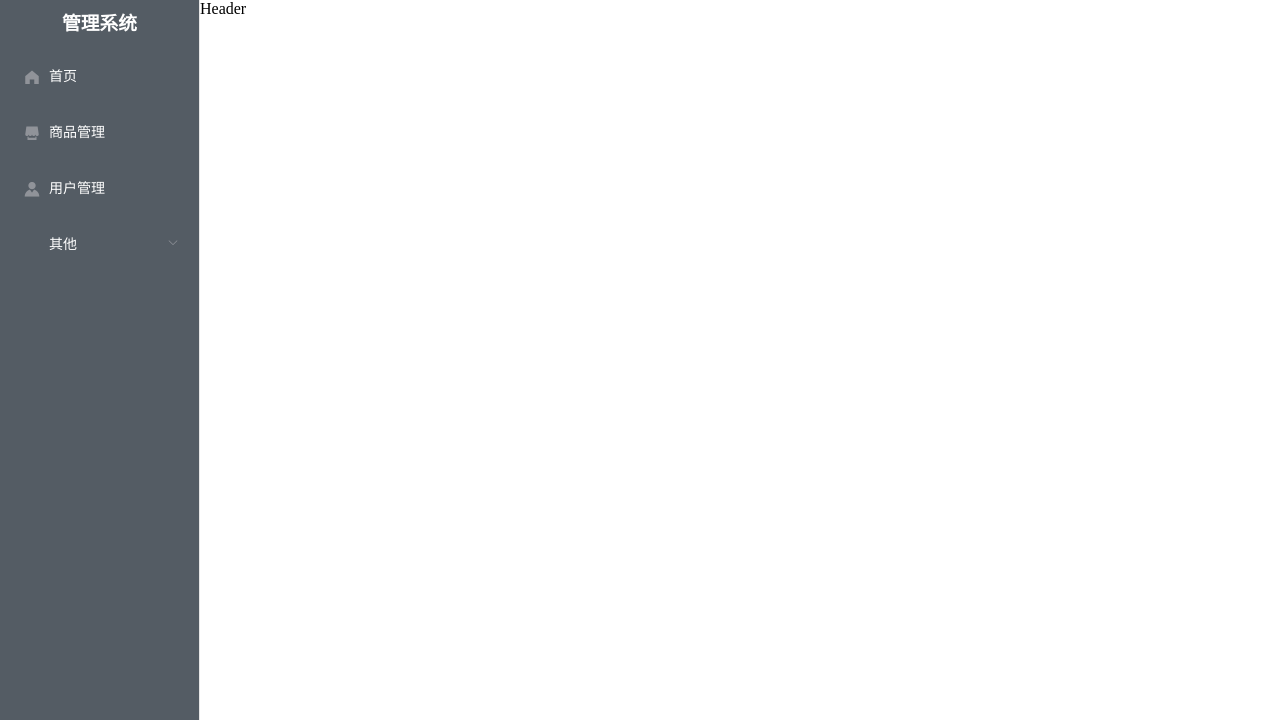
Repository: tkqi/manage
Page: /
The author's editor kept a copy of each file at every save. The page is drawn from the files as they stood at one save, then again after a run of saves.
The browser window is 1280 px wide. The pictures show the whole page.
The project was rebuilt for these pictures with package versions that can differ from the ones it lists, and the page was loaded fresh each time. Also part of the build but not shown: vue.config.js.

Above is the page before, as saved 2023-12-01 14:26:52.

### src/main.js
import Vue from 'vue'
import App from './App.vue'
import router from './router'
import store from './store'
import ElementUI from 'element-ui';
import 'element-ui/lib/theme-chalk/index.css';

Vue.config.productionTip = false
Vue.use(ElementUI);

new Vue({
  router,
  store,
  render: h => h(App)
}).$mount('#app')

### src/App.vue
<template>
  <div id="app">
    <!-- 路由出口 -->
    <router-view />
  </div>
</template>

<script>
export default {
  name: 'App'
}
</script>

<style lang="less">
html,
body,
h3 {
  margin: 0;
  padding: 0;
}
</style>

### src/router/index.js
import Vue from 'vue'
import VueRouter from 'vue-router'
import routes from './routes'
Vue.use(VueRouter)


const router = new VueRouter({
  routes: routes
})

// 暴露router实例
export default router

### src/router/routes.js
export default [
    // 主路由
    {
        path: '/',
        component: () => import('../views/Main.vue'),
        // 子路由
        children: [
            {
                path: '/home',
                // 路由组件懒加载
                component: () => import('../views/Home.vue')
            },
            {
                path: '/user',
                component: () => import('../views/User.vue')
            }
        ]
    },
    {
        path: '/home',
        // 路由组件懒加载
        component: () => import('../views/Home.vue')
    },
    {
        path: '/user',
        component: () => import('../views/User.vue')
    }
]

### src/views/Main.vue
<!-- eslint-disable vue/multi-word-component-names -->
<template>
    <div>
        <el-container >
            <el-aside width="200px"><sidebar/></el-aside>
            <el-container>
                <el-header>Header</el-header>
                <el-main><router-view /></el-main>
            </el-container>
        </el-container>

    </div>
</template>

<script>
import sidebar from '../components/sidebar.vue'
export default {
    components:{
        sidebar
    }
}
</script>

<style lang="less" scoped>
.el-header {
    padding: 0
}
</style>

### src/components/sidebar.vue
<!-- eslint-disable vue/multi-word-component-names -->
<template>
    <el-menu default-active="1-4-1" class="menu" @open="handleOpen" @close="handleClose" :collapse="isCollapse"
        background-color="#545c64" text-color="#fff" active-text-color="#ffd04b">
        <h3>管理系统</h3>
        <el-menu-item v-for="item in noChildren" :key="item.name" index="item.name">
            <i :class="`el-icon-${item.icon}`"></i>
            <span slot="title">{{ item.label }}</span>
        </el-menu-item>
        <el-submenu v-for="item in hasChildren" :key="item.label" index="item.label">
            <template slot="title">
                <i :class="`el-icon-${item.icon}`"></i>
                <span slot="title">{{ item.label }}</span>
            </template>
            <el-menu-item-group v-for="subitem in item.children" :key="subitem.name">
                <el-menu-item index="subitem.name">{{ subitem.label }}</el-menu-item>
            </el-menu-item-group>
        </el-submenu>
    </el-menu>
</template>

<script>
export default {
    computed: {
        // 无子菜单
        noChildren() {
            return this.menuData.filter(o => !o.children);
        },
        // 有子菜单
        hasChildren() {
            return this.menuData.filter(o => o.children);
        }
    },
    data() {
        return {
            isCollapse: false,
            menuData: [
                {
                    path: '/',
                    name: 'home',
                    label: "首页",
                    icon: 's-home',
                    url: 'Home/Home'
                },
                {
                    path: '/mall',
                    name: 'mall',
                    label: "商品管理",
                    icon: 's-shop',
                    url: 'MallManage/MallManage'
                },
                {
                    path: '/user',
                    name: 'user',
                    label: "用户管理",
                    icon: 's-custom',
                    url: 'UserManage/UserManage'
                },
                {
                    label: '其他',
                    icon: 's-other',
                    children: [
                        {
                            path: '/page1',
                            name: 'page1',
                            label: "页面1",
                            icon: 's-claim',
                            url: 'Other/PageOne'
                        },
                        {
                            path: '/page2',
                            name: 'page2',
                            label: "页面2",
                            icon: 's-claim',
                            url: 'Other/PageTwo'
                        },
                    ]
                }
            ]
        };
    },
    methods: {
        handleOpen(key, keyPath) {
            console.log(key, keyPath);
        },
        handleClose(key, keyPath) {
            console.log(key, keyPath);
        }
    }
}
</script>

<style lang="less" scoped>
.el-menu-vertical-demo:not(.el-menu--collapse) {
    width: 200px;
    min-height: 400px;
}

.menu {
    height: 100vh;

    h3 {
        color: rgb(255, 255, 255);
        text-align: center;
        line-height: 48px;
    }
}
</style>

Loaded but not shown: public/index.html (common file); src/store/index.js (common file)

After the next 2 saves:
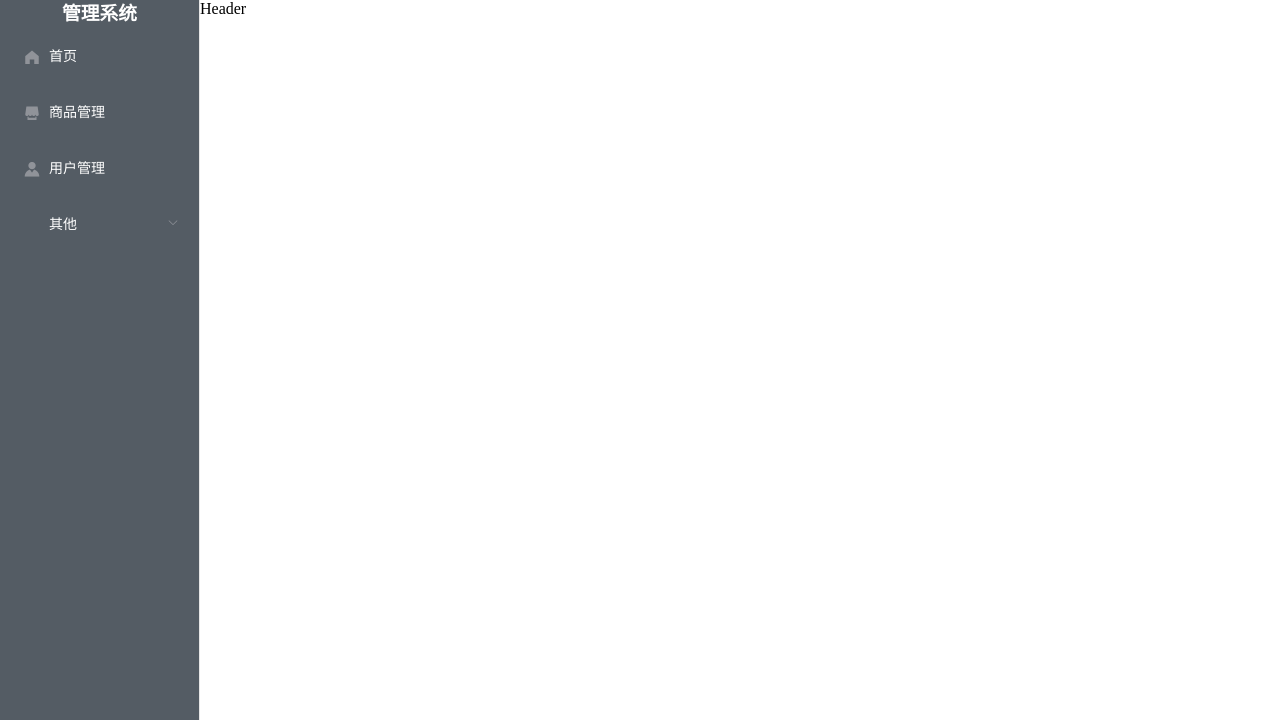
The 2 saves are shown as one change because they came seconds apart.
The last was saved 9 s later.
--- a/src/components/sidebar.vue
+++ b/src/components/sidebar.vue
@@ -102,7 +102,7 @@ export default {
     h3 {
         color: rgb(255, 255, 255);
         text-align: center;
-        line-height: 48px;
+        line-height: 28px;
     }
 }
 </style>
